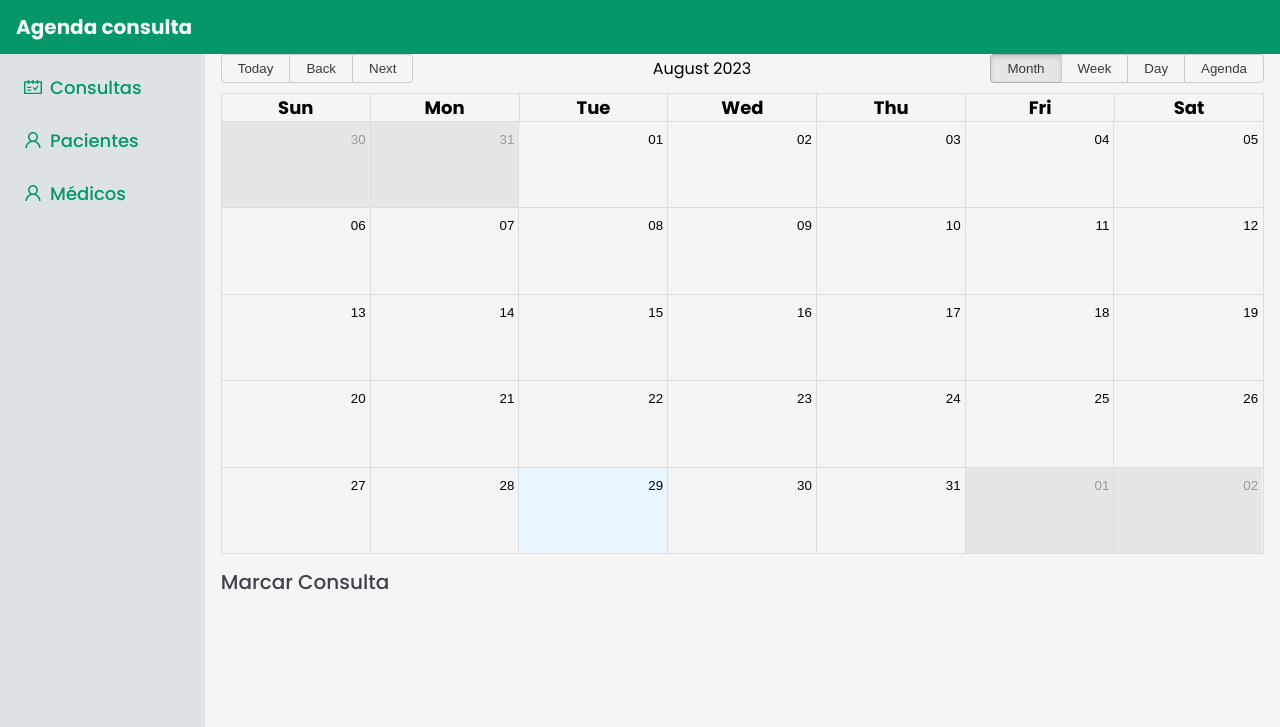
Repository: BarbaraCD/agendaconsulta
Page: /appointments/calendar
These files come from the project's save history. The page is drawn as it stood at one moment and after the next save; the edit follows.
The browser window is 1280 px wide. The pictures show the whole page.
The page's requests for data from a server got no answer. The project was rebuilt for these pictures with package versions that can differ from the ones it lists, and the page was loaded fresh each time. No one was signed in, and anything a server would have sent is missing. Also part of the build but not shown: vite.config.ts, src/components/InputPatient.tsx, src/styles/CreateContainer.ts, src/components/DoctorTable.tsx, src/components/PatientTable.tsx, src/components/InputDoctors.tsx, src/components/Appointments.tsx.

Above is the page before, as saved 2023-08-29 15:50:23.

### index.html
<!DOCTYPE html>
<html lang="en">
  <head>
    <meta charset="UTF-8" />
    <link rel="icon" type="image/svg+xml" href="/vite.svg" />
    <meta name="viewport" content="width=device-width, initial-scale=1.0" />

    <link rel="preconnect" href="https://fonts.googleapis.com">
    <link rel="preconnect" href="https://fonts.gstatic.com" crossorigin>
    <link href="https://fonts.googleapis.com/css2?family=Poppins:wght@400;500;700&display=swap" rel="stylesheet">

    <title>Agendamento de Consulta</title>
  </head>
  <body>
    <div id="root"></div>
    <script type="module" src="/src/main.tsx"></script>
  </body>
</html>

### src/main.tsx
/* eslint-disable @typescript-eslint/no-non-null-assertion */
import React from 'react'
import ReactDOM from 'react-dom/client'
import { ThemeProvider } from 'styled-components'
import GlobalStyle, { Container, Content } from './styles/global'
import { theme } from './styles/Theme.ts'
import App from './App.tsx'
import { Routes } from './routes/index.tsx'
import { Header } from './components/Header.tsx'
import { BrowserRouter } from 'react-router-dom'

ReactDOM.createRoot(document.getElementById('root')!).render(
  <React.StrictMode>
    <ThemeProvider theme={theme}>
      <GlobalStyle />
      <BrowserRouter>
        <Header />
        <Container>
          <App />
          <Content>
            <Routes />
          </Content>
        </Container>
      </BrowserRouter>
    </ThemeProvider>
  </React.StrictMode>,
)

### src/styles/global.ts
import styled, { createGlobalStyle } from 'styled-components'

export default createGlobalStyle`
  *{
    margin: 0;
    padding: 0;
    box-sizing: border-box;

  }
  body{
    height: 100%;
    width: 100%;
    font-family: 'Poppins', sans-serif;
    background: ${(props) => props.theme.colors.white};
    font-size: ${(props) => props.theme.size.xl};
  }
`

export const Container = styled.div`
  display: flex;
`

export const SidebarGlobal = styled.div`
  width: 16%;
`

export const Content = styled.div`
  flex: 1;
  margin: 0 1rem;
`

### src/styles/Theme.ts
export const theme = {
  colors: {
    primary: '#059669',
    head: '#059669B3',
    100: '#E4FFE1',

    sbcolor: '#DCE2E6',
    gray: '#41414D',
    black: '#000',
    white: '#f5f5f5',
  },
  size: {
    sm: '14px',
    md: '16px',
    lg: '18px',
    xl: '20px',
    xxl: '24px',
  },
}

### src/App.tsx
import { SidebarGlobal } from './styles/global'
import { Sidebar } from './components/Sidebar'

export default function App() {
  return (
    <SidebarGlobal>
      <Sidebar />
    </SidebarGlobal>
  )
}

### src/routes/index.tsx
import { AppRoutes } from './app.routes'

export function Routes() {
  return (
    <>
      <AppRoutes />
    </>
  )
}

### src/components/Header.tsx
import { Link } from 'react-router-dom'
import { styled } from 'styled-components'

const ContainerHeader = styled.div`
  padding: 12px 16px;
  width: 100%;
  min-width: 200px;
  font-weight: 700;
  overflow: visible;
  background-color: ${(props) => props.theme.colors.primary};
`

const StyleLink = styled(Link)`
  text-decoration: none;
  word-break: normal;
  display: block;
  align-items: center;
  justify-content: center;
  color: ${(props) => props.theme.colors.white};
`

export function Header() {
  return (
    <ContainerHeader>
      <StyleLink to="/">Agenda consulta</StyleLink>
    </ContainerHeader>
  )
}

### src/components/Sidebar.tsx
import { ScheduleOutlined, UserOutlined } from '@ant-design/icons'
import { StyledSidebar, StyledList } from '../styles/SidebarStyled'
import { Link } from 'react-router-dom'

export function Sidebar() {
  return (
    <StyledSidebar>
      <StyledList>
        <li>
          <ScheduleOutlined style={{ color: '#059669' }} />
          <Link to="/appointments/calendar">Consultas</Link>
        </li>
        <li>
          <UserOutlined style={{ color: '#059669' }} />
          <Link to="/patients/list">Pacientes</Link>
        </li>
        <li>
          <UserOutlined style={{ color: '#059669' }} />
          <Link to="/doctors/list">Médicos</Link>
        </li>
      </StyledList>
    </StyledSidebar>
  )
}

### src/routes/app.routes.tsx
import { Routes, Route } from 'react-router-dom'

import { App } from 'antd'
import { AppointmentsCalendar } from '../components/Calendar'
import { InputPatients } from '../components/InputPatient'
import { DoctorTable } from '../components/DoctorTable'
import { PatientTable } from '../components/PatientTable'
import { InputDoctors } from '../components/InputDoctors'
import { CreateAppointments } from '../components/Appointments'

export function AppRoutes() {
  return (
    <Routes>
      <Route path="/" element={<App />} />

      <Route path="/patients/new" element={<InputPatients />} />
      <Route path="/patients/:id/edit" element={<InputPatients />} />
      <Route path="/patients/list" element={<PatientTable />} />

      <Route path="/doctors/new" element={<InputDoctors />} />
      <Route path="/doctors/:id/edit" element={<InputDoctors />} />
      <Route path="/doctors/list" element={<DoctorTable />} />

      <Route path="/appointments/new" element={<CreateAppointments />} />
      <Route path="/appointments/:id/edit" element={<CreateAppointments />} />
      <Route path="/appointments/calendar" element={<AppointmentsCalendar />} />
    </Routes>
  )
}

### src/styles/SidebarStyled.ts
import styled from 'styled-components'

export const StyledSidebar = styled.div`
  display: flex;
  flex-direction: column;
  background-color: ${(props) => props.theme.colors.sbcolor};
  color: ${(props) => props.theme.colors.black};
  font-size: ${(props) => props.theme.size.lg};
  font-weight: 500;
  justify-content: flex-start;
  align-items: flex-start;
  overflow: auto;
  height: 93.5vh;
  min-height: 100%;
`

export const StyledList = styled.ul`
  list-style: none;
  padding: 0.5rem;

  li {
    cursor: pointer;
    padding: 1rem;
    line-height: 1.3rem;
  }

  a {
    text-decoration: none;
    color: ${(props) => props.theme.colors.primary};
    margin: 0.5rem;
    word-break: break-all;
  }
`

### src/components/Calendar.tsx
/* eslint-disable @typescript-eslint/no-non-null-assertion */
import { useEffect, useState } from 'react'
import moment from 'moment'
import { Calendar, momentLocalizer } from 'react-big-calendar'
import 'react-big-calendar/lib/css/react-big-calendar.css'
import {
  deleteAppointment,
  getAppointment,
} from '../services/appointment.services'
import { ApFooter } from '../styles/InputContainer.ts'
import {
  CalendarStyled,
  StyledLink,
  StyledModal,
  StyledQuestion,
} from '../styles/Appointments'
import { getDoctorById } from '../services/doctor.services'
import { getPatientById } from '../services/patient.services'
import {
  CloseSquareOutlined,
  DeleteOutlined,
  EditOutlined,
} from '@ant-design/icons'
import { PatientsTypes } from '../model/patients.ts'
import { DoctorsTypes } from '../model/doctors.ts'
import { AppointmentsProps } from './Appointments.tsx'

const localizer = momentLocalizer(moment)

interface Event {
  title: string
  start: Date
  end: Date
}

type SelectedAppointmentType = AppointmentsProps & {
  doctor: DoctorsTypes
  patient: PatientsTypes
}

export const AppointmentsCalendar = () => {
  const [appointments, setAppointments] = useState<AppointmentsProps[]>([])
  const [selectedAppointment, setSelectedAppointment] =
    useState<Partial<SelectedAppointmentType> | null>(null)
  const [selectedAppointmentId, setSelectedAppointmentId] = useState<
    number | null
  >(null)
  const [modalVisible, setModalVisible] = useState(false)
  const [showDeleteConfirmation, setShowDeleteConfirmation] = useState(false)

  useEffect(() => {
    fetchAppointments().catch((error) => {
      console.error('Error fetching Appointments:', error)
    })
  }, [])

  async function fetchAppointments() {
    try {
      const response: AppointmentsProps[] = await getAppointment()
      setAppointments(response)
    } catch (error) {
      console.error('Error fetching Appointments:', error)
    }
  }

  const availableEvents: Event[] = appointments.map((appointment) => ({
    title: 'Consulta',
    start: new Date(appointment.date),
    end: moment(appointment.date).add(55, 'minutes').toDate(),
  }))

  const handleSelectEvent = async (event: Event) => {
    const selected = appointments.find((appointment) =>
      moment(appointment.date).isSame(event.start),
    )
    if (selected) {
      const doctor = await getDoctorById(selected.doctorID).catch(
        () => undefined,
      )
      const patient = await getPatientById(selected.patientID).catch(
        () => undefined,
      )

      setSelectedAppointment({
        ...selected,
        doctor,
        patient,
      })
    }
    setModalVisible(true)
  }

  const closeModal = () => {
    setModalVisible(false)
    setSelectedAppointment(null)
  }

  const handleDeleteAppointment = (id: number) => {
    setSelectedAppointmentId(id)
    setShowDeleteConfirmation(true)
  }

  const confirmDelete = async (id: number) => {
    await deleteAppointment(id)
    await fetchAppointments()
    closeModal()
    setShowDeleteConfirmation(false)
  }

  const cancelDelete = () => {
    setSelectedAppointmentId(null)
    setShowDeleteConfirmation(false)
  }

  return (
    <CalendarStyled>
      <Calendar
        localizer={localizer}
        events={availableEvents}
        defaultView="month"
        selectable
        popup
        style={{ height: 500 }}
        onSelectEvent={handleSelectEvent}
      />
      <ApFooter>
        <StyledLink to="/appointments/new">Marcar Consulta</StyledLink>
      </ApFooter>

      <StyledModal
        title={<h3>Detalhes da Consulta</h3>}
        open={modalVisible}
        onCancel={closeModal}
        footer={null}
      >
        {selectedAppointment && (
          <div>
            <p>Médico: {selectedAppointment.doctor?.name}</p>
            <p>Paciente: {selectedAppointment.patient?.name}</p>
            <p>
              Data:{' '}
              {moment(selectedAppointment.date).format('DD/MM/YYYY HH:mm')}
            </p>
            <p>Sintomas: {selectedAppointment.symptoms}</p>
            <div>
              <button>
                <StyledLink to={`/appointments/${selectedAppointment.id}/edit`}>
                  <EditOutlined />
                </StyledLink>
              </button>
              <button
                onClick={() =>
                  selectedAppointment.id &&
                  handleDeleteAppointment(selectedAppointment.id)
                }
              >
                <DeleteOutlined />
              </button>
            </div>
          </div>
        )}

        {showDeleteConfirmation && (
          <StyledQuestion>
            <p>Tem certeza que deseja excluir?</p>
            <button
              className="button-sim"
              onClick={() => confirmDelete(selectedAppointmentId!)}
            >
              <DeleteOutlined />
              Excluir
            </button>
            <button className="button-nao" onClick={() => cancelDelete()}>
              <CloseSquareOutlined />
              Não
            </button>
          </StyledQuestion>
        )}
      </StyledModal>
    </CalendarStyled>
  )
}

### src/services/appointment.services.ts
import {
  AppointmentSchemaType,
  AppointmentsProps,
} from '../components/Appointments'
import { api } from './ApiConfig'

export async function getAppointment(): Promise<AppointmentsProps[]> {
  try {
    const response = await api.get('/appointment')
    return response.data
  } catch (error) {
    throw new Error('Erro ao obter dados dos agendamentos:')
  }
}

export async function getAppointmentById(
  id: number,
): Promise<AppointmentsProps> {
  try {
    const response = await api.get(`/appointment/${id}`)
    return response.data
  } catch (error) {
    throw new Error('Erro ao obter dados dos agendamentos:')
  }
}

export async function createAppointment(newAppointment: AppointmentSchemaType) {
  return api.post('/appointment', newAppointment)
}

export async function updateAppointment(
  id: number,
  data: AppointmentSchemaType,
) {
  try {
    const response = await api.put(`/appointment/${id}`, data)
    return response.data
  } catch (error) {
    throw new Error('Erro ao obter dados da consulta:')
  }
}

export async function deleteAppointment(id: number) {
  return await api.delete(`/appointment/${id}`)
}

### src/styles/InputContainer.ts
import styled from 'styled-components'
import { Select } from 'antd'

export const InputContainer = styled.main`
  color: ${(props) => props.theme.colors.black};
  font-size: ${(props) => props.theme.size.md};
  padding: 0.5rem 0;

  div {
    margin: 0.2rem 0.2rem 0.2rem 0;
  }

  h3 {
    background-color: ${(props) => props.theme.colors[100]};
    color: ${(props) => props.theme.colors.primary};
    font-size: ${(props) => props.theme.size.xl};
    margin-bottom: 0.8rem;
  }

  label {
    display: flex;
    margin: 0.2rem;
  }

  p {
    font-size: ${(props) => props.theme.size.lg};
    font-weight: 400;
  }
`

export const StyledValidation = styled.span`
  size: ${(props) => props.theme.size.md};
  color: red;
`

export const ApFooter = styled.div`
  display: flex;
  align-items: center;
  justify-content: space-between;
  margin-bottom: 0.5rem;
`

export const StyledSelect = styled(Select)`
  width: 100%;
  border: none;
`

export const SubmitButton = styled.button`
  width: 100%;
  padding: 0.1rem 2rem;
  border: none;
  border-radius: 4px;
  overflow: hidden;
  cursor: pointer;
  margin: 1rem 0;
  background-color: ${(props) => props.theme.colors.primary};
  color: ${(props) => props.theme.colors.white};

  p {
    font-size: ${(props) => props.theme.size.xl};
    font-weight: 600;
    overflow: hidden;
  }

  &:hover {
    background-color: ${(props) => props.theme.colors.head};
  }
`

export const MessageSaved = styled.p`
  justify-content: center;
  text-align: center;
  width: 30%;
  border-radius: 4px;
  margin: 0 35%;
  background-color: ${(props) => props.theme.colors[100]};
  color: ${(props) => props.theme.colors.primary};
  size: ${(props) => props.theme.size.lg};
`

export const MessageError = styled.p`
  background-color: lightpink;
  color: red;
  justify-content: center;
  text-align: center;
  width: 30%;
  border-radius: 4px;
  margin: 0 35%;
`

export const StyledInput = styled.input`
  width: 100%;
  padding: 0.5rem;
  border: none;
  border-radius: 0.2rem;
  overflow: hidden;
`

export const PatSpan = styled.span`
  text-decoration: none;
  color: ${(props) => props.theme.colors.primary};
  background-color: ${(props) => props.theme.colors[100]};
  font-weight: 500;
  border-radius: 4px;
  margin-top: 1rem;
`
export const FlexDiv = styled.div`
  display: flex;
  justify-content: space-between;
`

### src/styles/Appointments.ts
import { Modal } from 'antd'
import DatePicker from 'react-datepicker'
import { Link } from 'react-router-dom'
import { styled } from 'styled-components'

export const StyledAppointments = styled.div`
  color: ${(props) => props.theme.colors.black};
  font-size: ${(props) => props.theme.size.md};
  padding: 1.6rem 0;
`

export const StyledLink = styled(Link)`
  text-decoration: none;
  color: ${(props) => props.theme.colors.gray};
  font-weight: 500;
  border-radius: 4px;
  margin-top: 0.8rem;
`

export const CalendarStyled = styled.div`
  display: block;
`

export const StyledModal = styled(Modal)`
  color: ${(props) => props.theme.colors.primary};

  h3 {
    background-color: ${(props) => props.theme.colors[100]};
    color: ${(props) => props.theme.colors.primary};
    font-size: ${(props) => props.theme.size.xl};
    padding: 0.8rem;
    text-align: center;
    margin-bottom: 0.5rem;
  }

  p {
    margin-left: 0.5rem;
    font-size: ${(props) => props.theme.size.lg};
  }

  button {
    margin: 0.5rem;
    padding: 0.2rem;
    cursor: pointer;
    border: none;
    font-weight: 500;
    color: ${(props) => props.theme.colors.primary};
    background-color: ${(props) => props.theme.colors[100]};
    font-size: ${(props) => props.theme.size.lg};
  }
`

export const StyledQuestion = styled.div`
  p {
    color: ${(props) => props.theme.colors.black};
  }

  .button-sim {
    justify-content: space-between;
    color: ${(props) => props.theme.colors.sbcolor};
    background-color: lightcoral;
  }

  .button-nao {
    justify-content: space-between;
    color: ${(props) => props.theme.colors.primary};
    background-color: ${(props) => props.theme.colors.sbcolor};
  }
`

export const StyledDatepicker = styled(DatePicker)`
  width: 100%;
  border: 1px solid lightgray;
  border-radius: 4px;
  padding: 0.4rem;
  text-decoration: 1px solid ${(props) => props.theme.colors.head};
`

### src/services/doctor.services.ts
import { DoctorsProps } from '../components/DoctorTable'
import { DoctorSchemaType } from '../components/InputDoctors'
import { api } from './ApiConfig'

export async function getDoctors(): Promise<DoctorsProps[]> {
  try {
    const response = await api.get('/doctor')
    return response.data
  } catch (error) {
    throw new Error('Erro ao obter dados dos pacientes:')
  }
}

export async function getDoctorById(id: number): Promise<DoctorsProps> {
  try {
    const response = await api.get(`/doctor/${id}`)
    return response.data
  } catch (error) {
    throw new Error('Erro ao obter dados dos Medicos:')
  }
}

export async function createDoctor(data: DoctorSchemaType) {
  return api.post('/doctor', data)
}

export async function updateDoctor(id: number, data: DoctorSchemaType) {
  try {
    const response = await api.put(`/doctor/${id}`, data)
    return response.data
  } catch (error) {
    throw new Error('Erro ao obter dados dos pacientes:')
  }
}

export async function deleteDoctor(id: number) {
  return await api.delete(`/doctor/${id}`)
}

### src/services/patient.services.ts
import { PatientSchemaType } from '../components/InputPatient'
import { PatientsProps } from '../components/PatientTable'
import { api } from './ApiConfig'

export async function getPatient(): Promise<PatientsProps[]> {
  try {
    const response = await api.get('/patient')
    return response.data
  } catch (error) {
    throw new Error('Erro ao obter dados dos pacientes:')
  }
}

export async function getPatientById(id: number): Promise<PatientsProps> {
  try {
    const response = await api.get(`/patient/${id}`)
    return response.data
  } catch (error) {
    throw new Error('Erro ao obter dados dos pacientes:')
  }
}

export async function createPatient(data: PatientSchemaType) {
  return api.post('/patient', data)
}

export async function updatePatient(id: number, data: PatientSchemaType) {
  try {
    const response = await api.put(`/patient/${id}`, data)
    return response.data
  } catch (error) {
    throw new Error('Erro ao obter dados dos pacientes:')
  }
}

export async function deletePatient(id: number) {
  return await api.delete(`/patient/${id}`)
}

Loaded but not shown: src/services/ApiConfig.ts (common file)

After the next save:
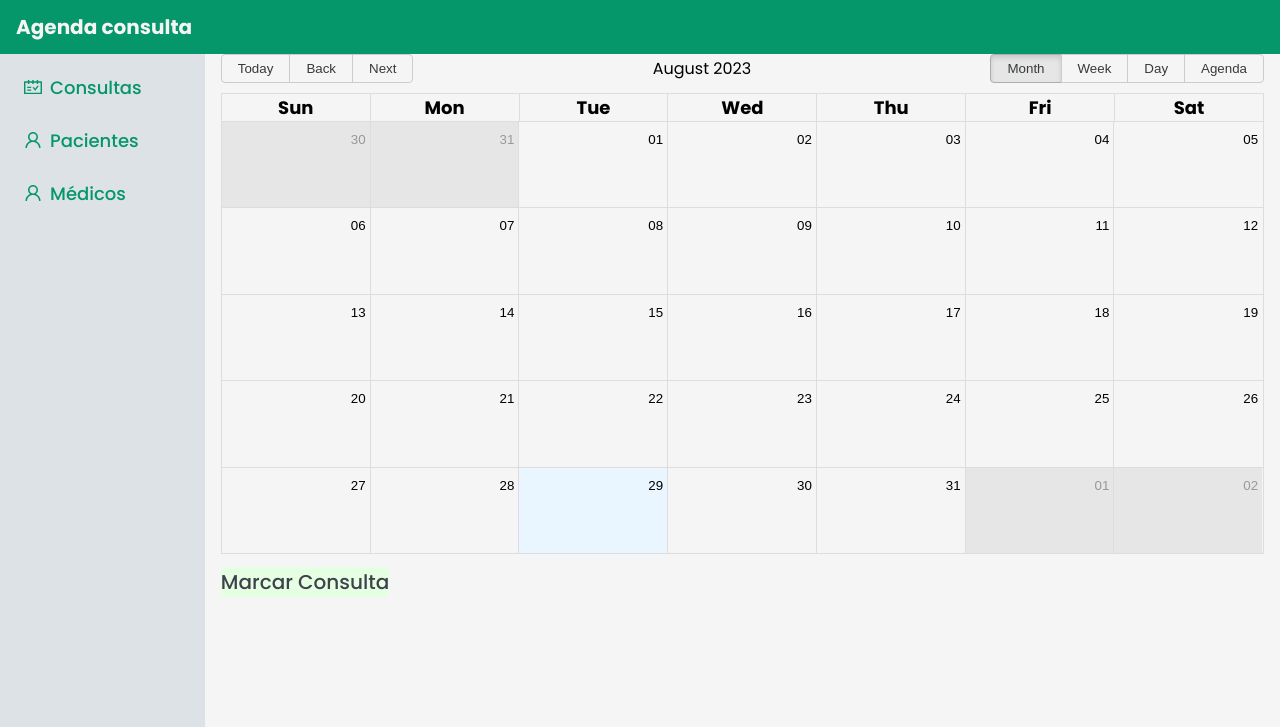
Saved 21 s later.
--- a/src/styles/Appointments.ts
+++ b/src/styles/Appointments.ts
@@ -12,6 +12,7 @@ export const StyledAppointments = styled.div`
 export const StyledLink = styled(Link)`
   text-decoration: none;
   color: ${(props) => props.theme.colors.gray};
+  background-color: ${(props) => props.theme.colors[100]};
   font-weight: 500;
   border-radius: 4px;
   margin-top: 0.8rem;
